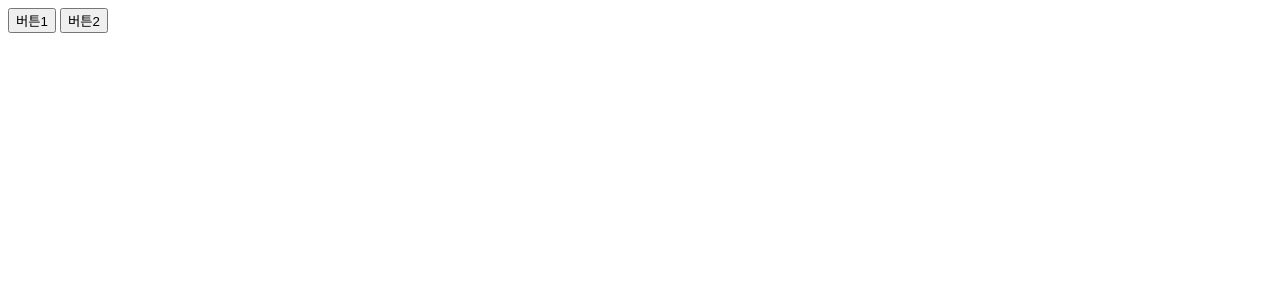
Repository: hololog/workspace_jsp1
Page: JspStudy/src/main/webapp/js1/test6.html
An editor plug-in stored every save of this project. The page is shown before and after the next save, followed by the edit.
The browser window is 1280 px wide. The pictures show the whole page.

Above is the page before, as saved 2021-12-02 08:23:44.

### JspStudy/src/main/webapp/js1/test6.html
<!DOCTYPE html>
<html>
<head>
<meta charset="UTF-8">
<title>js1/test6.html</title>
<script type="text/javascript">
	function f1() {
		alert('메시지1');
		alert('메시지2');
		alert('메시지3');
		alert('메시지4');
		alert('메시지5');
	}

	function f2() {
		alert("버튼2 더블클릭!")
	}
</script>
</head>
<body>
	<input type="button" value="버튼1" onclick="f1()">
	<input type="button" value="버튼2" ondblclick="f2()">
</body>
</html>

After the next save:
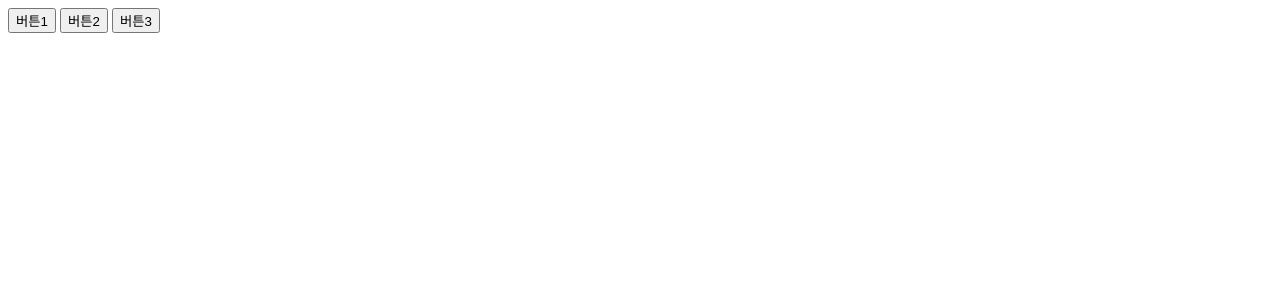
Saved 2 min 0 s later.
--- a/JspStudy/src/main/webapp/js1/test6.html
+++ b/JspStudy/src/main/webapp/js1/test6.html
@@ -11,14 +11,17 @@
 		alert('메시지4');
 		alert('메시지5');
 	}
-
 	function f2() {
 		alert("버튼2 더블클릭!")
+	}
+	function f3() {
+		alert("버튼3 ")
 	}
 </script>
 </head>
 <body>
 	<input type="button" value="버튼1" onclick="f1()">
 	<input type="button" value="버튼2" ondblclick="f2()">
+	<input type="button" value="버튼3" ondrag="f3()">
 </body>
 </html>
